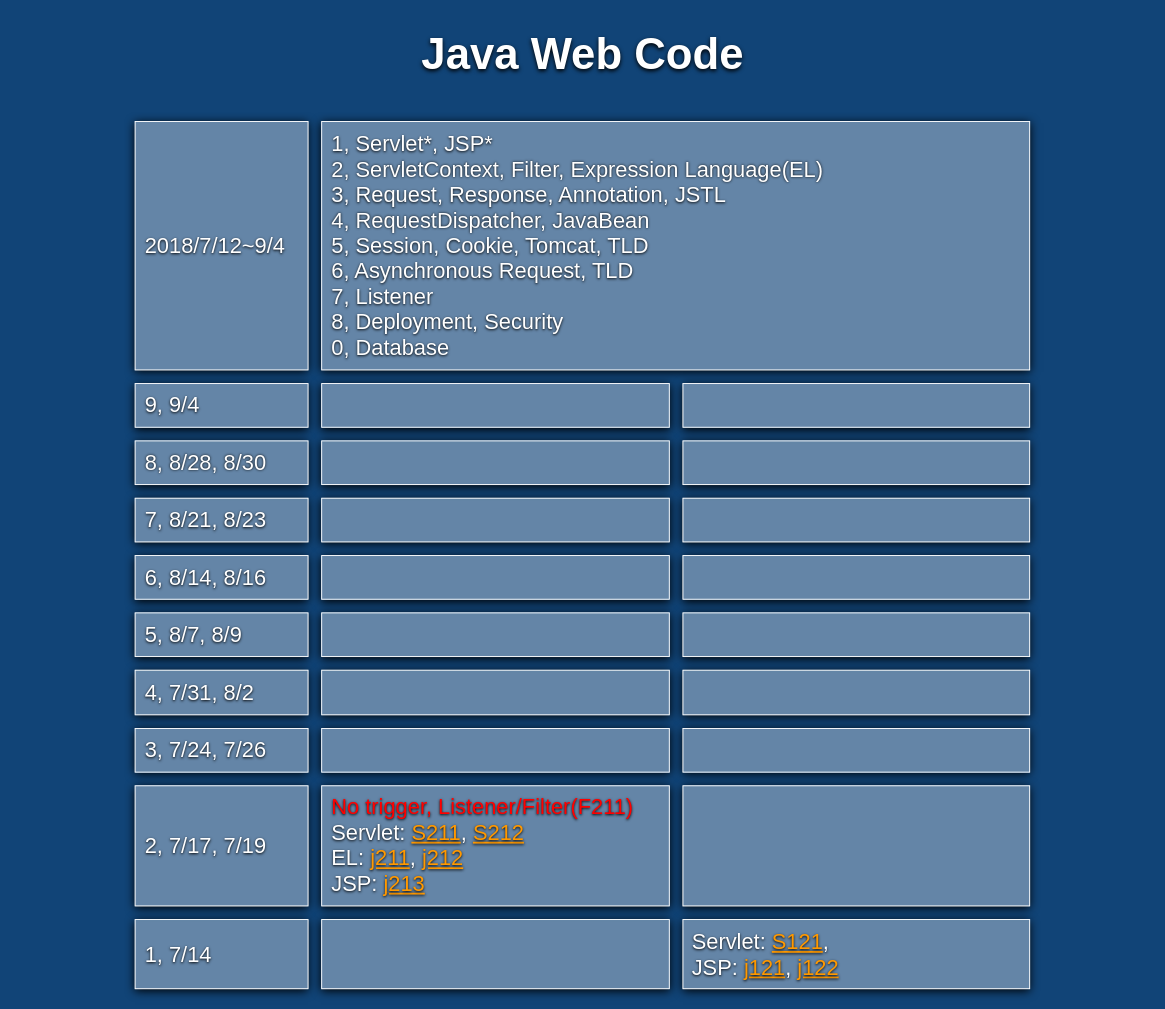
Repository: anxhuang/Java_Web
Page: code/WebContent/index.html
The author's editor kept a copy of each file at every save. The page is drawn from the files as they stood at one save, then again after the next save.
The browser window is 1280 px wide. The pictures show the whole page, at 91% of full size.

Above is the page before, as saved 2018-07-17 13:19:52.

### code/WebContent/index.html
<!DOCTYPE html>
<html>
<head>
<meta charset="BIG5">
<title>Insert title here</title>
<style>
	body{
		font-size: 0.25in;
		font-family: Arial;
		background: #147;
		/*background-image: url("https://fsa.zobj.net/crop.php?r=ao88GxCisk4oY2NINS9REEtIWhpZOc22-qItDMLD3PM32O_JkS6wNJkg6nyYIREcmC0vWqaqI6LJaUOxd-WXbPJcJwdQ8BFboZ63vqok2a4Dr1BmLINjzf1ENB44EzZlDTbMtV754atZi7iy");*/
		/*background-size: cover;*/
	}
	h1{
		color: #FFF;
		text-shadow: 0px 2px 5px #000;
		text-align: center;
	}
	table{
		width: 80%;
		margin: 0 auto;
		border-spacing: 0.15in;
	}
	td{
		color: #FFF;
		text-shadow: 0px 1px 3px #000;
		padding: 0.1in;
		border: 1px solid #FFF;
		background: rgba(255,255,255,0.35);
		box-shadow: 0px 2px 10px #000;
	}
	td:first-child{
		width: 20%;
	}
	td:nth-child(2){
		width: 40%;
	}
	td:nth-child(3){
		width: 40%;
	}
	a:link		{color: #F90;}
	a:visited	{color: #36F;}
</style>
</head>
<body>

	<h1>Java Web Code</h1>

	<table>
		<tbody>
			<tr>
				<td>2018/7/12~9/4</td>
				<td colspan="2">
					1, Servlet*, JSP*<br>
					2, ServletContext, Filter, Expression Language(EL)<br>
					3, Request, Response, Annotation, JSTL<br>
					4, RequestDispatcher, JavaBean<br>
					5, Session, Cookie, Tomcat, TLD<br>
					6, Asynchronous Request, TLD<br>
					7, Listener<br>
					8, Deployment, Security<br>
					0, Database
				</td>
			</tr>
			<tr>
				<td>9, 9/4</td>
				<td></td>
				<td></td>
			</tr>
			<tr>
				<td>8, 8/28, 8/30</td>
				<td></td>
				<td></td>
			</tr>
			<tr>
				<td>7, 8/21, 8/23</td>
				<td></td>
				<td></td>
			</tr>
			<tr>
				<td>6, 8/14, 8/16</td>
				<td></td>
				<td></td>
			</tr>
			<tr>
				<td>5, 8/7, 8/9</td>
				<td></td>
				<td></td>
			</tr>
			<tr>
				<td>4, 7/31, 8/2</td>
				<td></td>
				<td></td>
			</tr>
			<tr>
				<td>3, 7/24, 7/26</td>
				<td></td>
				<td></td>
			</tr>
			<tr>
				<td>2, 7/17, 7/19</td>
				<td>
					<font color="red">No trigger, Listener/Filter(F211)</font>
					<br>
					Servlet:
					<a href="S211">S211</a>,
					<a href="S212">S212</a>
					<br>
					EL:
					<a href="j211.jsp">j211</a>,
					<a href="j212.jsp">j212</a>
					<br>
					JSP:
					<a href="j213.jsp">j213</a>
				</td>
				<td></td>
			</tr>
			<tr>
				<td>1, 7/14</td>
				<td></td>
				<td>
					Servlet:
					<a href="S121">S121</a>,
					<br>
					JSP:
					<a href="j121.jsp">j121</a>,
					<a href="j122.jsp">j122</a>
				</td>
			</tr>
		</tbody>
	</table>
</body>
</html>

After the next save:
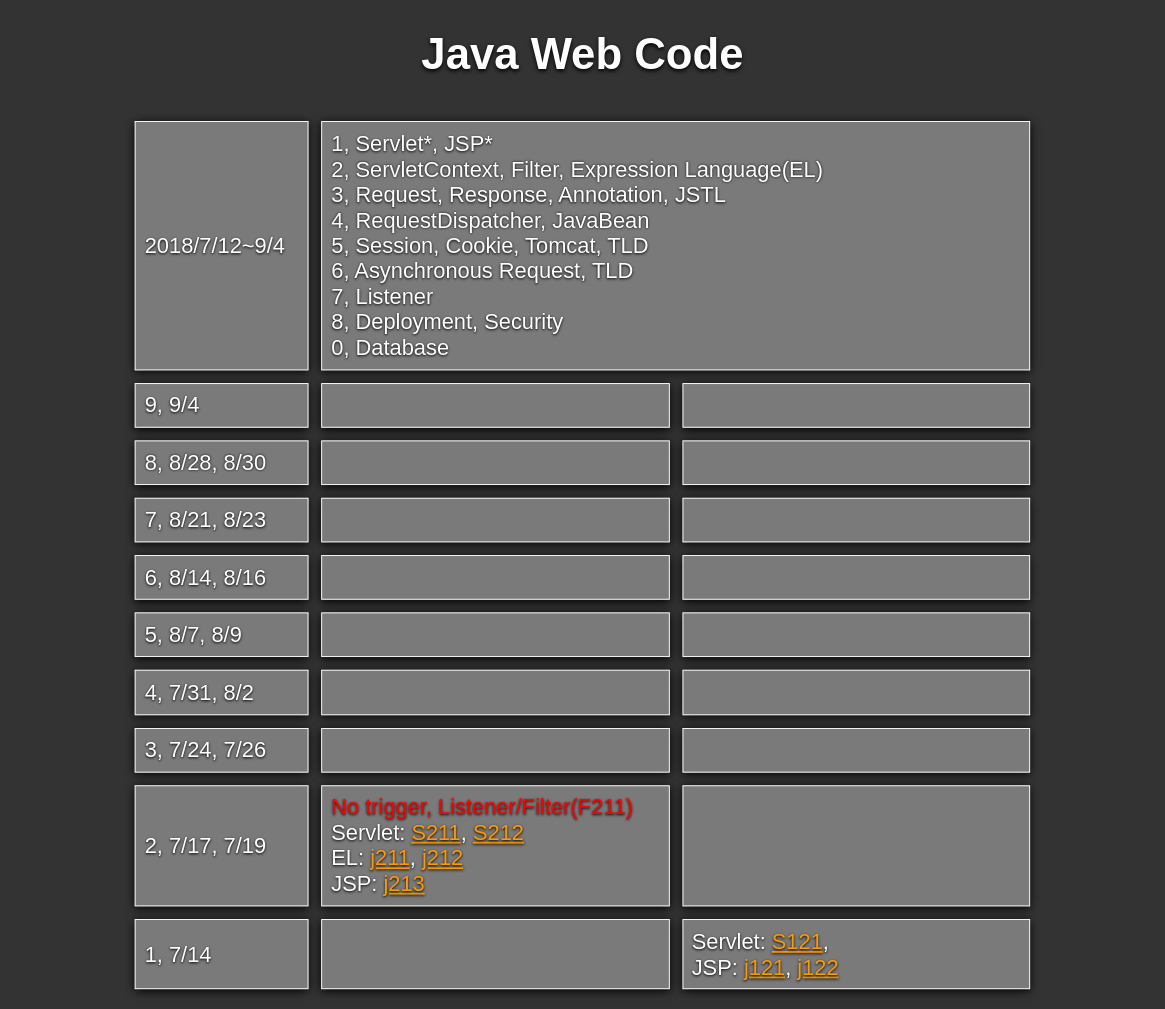
Saved 13 s later.
--- a/code/WebContent/index.html
+++ b/code/WebContent/index.html
@@ -7,7 +7,7 @@
 	body{
 		font-size: 0.25in;
 		font-family: Arial;
-		background: #147;
+		background: #333;
 		/*background-image: url("https://fsa.zobj.net/crop.php?r=ao88GxCisk4oY2NINS9REEtIWhpZOc22-qItDMLD3PM32O_JkS6wNJkg6nyYIREcmC0vWqaqI6LJaUOxd-WXbPJcJwdQ8BFboZ63vqok2a4Dr1BmLINjzf1ENB44EzZlDTbMtV754atZi7iy");*/
 		/*background-size: cover;*/
 	}
